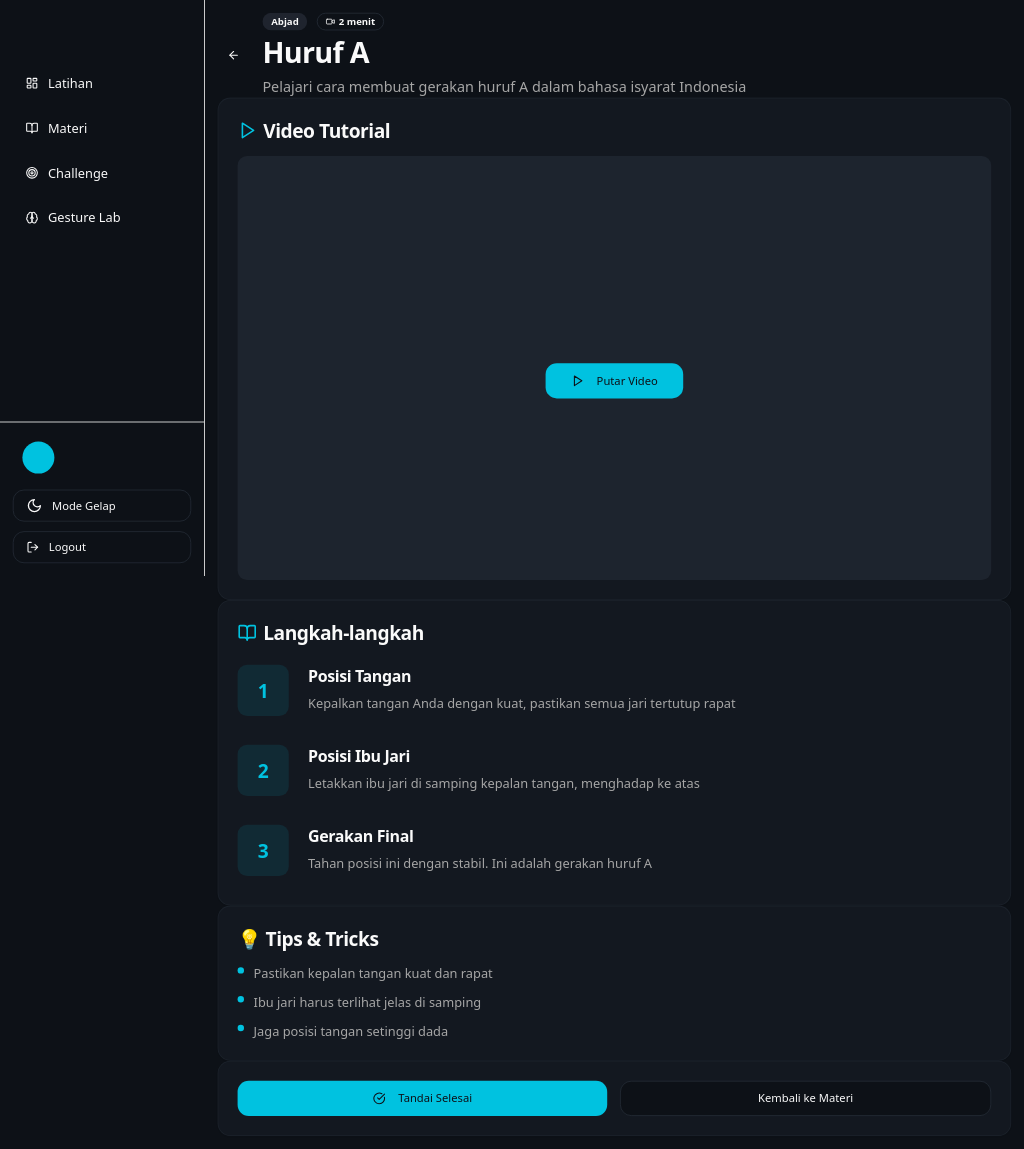
Repository: Tisna7/GESTURA
Page: http://localhost/materi-isi
These files come from the project's save history. The page is drawn as it stood at one moment and after a run of saves; the edit follows.
The browser window is 1280 px wide. The pictures show the whole page, at 80% of full size.
The page is served by the project's Laravel application, run on PHP 8.4 with Laravel 12. A made-up administrator, Test User (test@example.com), is signed in. Other server files are loaded and not shown. Style sheets and scripts are compiled from the project's sources, by tool versions that may differ from the author's.

Above is the page before, as saved 2025-11-23 20:46:08.

### app/Providers/AppServiceProvider.php
<?php

namespace App\Providers;

use Illuminate\Support\ServiceProvider;

class AppServiceProvider extends ServiceProvider
{
    /**
     * Register any application services.
     */
    public function register(): void
    {

    }

    /**
     * Bootstrap any application services.
     */
    public function boot(): void
    {

    }
}

### routes/web.php
<?php

use Illuminate\Support\Facades\Route;
use App\Http\Controllers\AuthController;
use App\Http\Controllers\ProfileController;

Route::get('/', function () {
    return view('landingpage');
});

Route::get('/auth', [AuthController::class, 'showPage'])->name('auth.page');

// Route::post('/register', [AuthController::class, 'register'])->name('register');

// Route::post('/login', [AuthController::class, 'login'])->name('login');
// Route::post('/logout', [AuthController::class, 'logout'])->name('logout');


// REGISTER
Route::post('/register', [AuthController::class, 'register'])->name('auth.register');

// LOGIN
Route::post('/login', [AuthController::class, 'login'])->name('auth.login');

// LOGIN GUEST
Route::get('/login/guest', [AuthController::class, 'loginGuest'])->name('auth.guest');

// LOGOUT
Route::get('/logout', [AuthController::class, 'logout'])->name('auth.logout');


Route::get('/profile/edit', [ProfileController::class, 'edit'])->name('profile.edit');
Route::put('/profile/update', [ProfileController::class, 'update'])->name('profile.update');


Route::get('/profile', function () {
    return view('user.profile');
});
Route::get('/materi', function () {
    return view('user.materi');
});
Route::get('/gesturelab', function () {
    return view('user.gesture-lab-practice');
});
Route::get('/gesture-lab-translate', function () {
    return view('user.gesture-lab-translate');
});
Route::get('/materi-isi', function () {
    return view('user.materi-isi');
});
Route::get('/latihan', function () {
    return view('user.quiz');
});
Route::get('/latihan-isi', function () {
    return view('user.quiz-isi');
});
Route::get('/Challenge', function () {
    return view('user.challenge');
});
Route::get('/Challenge-isi', function () {
    return view('user.challenge-isi');
});

### resources/views/user/materi-isi.blade.php
@extends('app')
@section('title', 'Dashboard')

@section('content')
        <x-sidebar-user></x-sidebar-user>
<main class="lg:ml-64 min-h-screen pt-16 lg:pt-0">
    <div class="p-4 md:p-8">
        <div class="flex items-center gap-4"><button
                class="inline-flex items-center justify-center gap-2 whitespace-nowrap rounded-md text-sm font-medium ring-offset-background transition-colors focus-visible:outline-none focus-visible:ring-2 focus-visible:ring-ring focus-visible:ring-offset-2 disabled:pointer-events-none disabled:opacity-50 [&amp;_svg]:pointer-events-none [&amp;_svg]:size-4 [&amp;_svg]:shrink-0 hover:bg-accent hover:text-accent-foreground h-10 w-10"><svg
                    xmlns="http://www.w3.org/2000/svg" width="24" height="24" viewBox="0 0 24 24" fill="none"
                    stroke="currentColor" stroke-width="2" stroke-linecap="round" stroke-linejoin="round"
                    class="lucide lucide-arrow-left h-5 w-5">
                    <path d="m12 19-7-7 7-7"></path>
                    <path d="M19 12H5"></path>
                </svg></button>
            <div class="flex-1">
                <div class="flex items-center gap-3 mb-2">
                    <div
                        class="inline-flex items-center rounded-full border px-2.5 py-0.5 text-xs font-semibold transition-colors focus:outline-none focus:ring-2 focus:ring-ring focus:ring-offset-2 border-transparent bg-secondary text-secondary-foreground hover:bg-secondary/80">
                        Abjad</div>
                    <div
                        class="inline-flex items-center rounded-full border px-2.5 py-0.5 text-xs font-semibold transition-colors focus:outline-none focus:ring-2 focus:ring-ring focus:ring-offset-2 text-foreground gap-1">
                        <svg xmlns="http://www.w3.org/2000/svg" width="24" height="24" viewBox="0 0 24 24"
                            fill="none" stroke="currentColor" stroke-width="2" stroke-linecap="round"
                            stroke-linejoin="round" class="lucide lucide-video h-3 w-3">
                            <path d="m16 13 5.223 3.482a.5.5 0 0 0 .777-.416V7.87a.5.5 0 0 0-.752-.432L16 10.5"></path>
                            <rect x="2" y="6" width="14" height="12" rx="2"></rect>
                        </svg>2 menit</div>
                </div>
                <h1 class="text-4xl font-bold mb-2">Huruf A</h1>
                <p class="text-muted-foreground text-lg">Pelajari cara membuat gerakan huruf A dalam bahasa isyarat
                    Indonesia</p>
            </div>
        </div>
        <div class="rounded-lg border text-card-foreground shadow-sm p-6 bg-card border-border/50">
            <div class="space-y-4">
                <h2 class="text-2xl font-bold flex items-center gap-2"><svg xmlns="http://www.w3.org/2000/svg"
                        width="24" height="24" viewBox="0 0 24 24" fill="none" stroke="currentColor"
                        stroke-width="2" stroke-linecap="round" stroke-linejoin="round"
                        class="lucide lucide-play h-6 w-6 text-primary">
                        <polygon points="6 3 20 12 6 21 6 3"></polygon>
                    </svg>Video Tutorial</h2>
                <div
                    class="bg-muted/50 rounded-xl aspect-video flex items-center justify-center relative overflow-hidden">
                    <div class="text-center space-y-4">
                        <div class="text-8xl"></div><button
                            class="inline-flex items-center justify-center gap-2 whitespace-nowrap text-sm font-medium ring-offset-background transition-colors focus-visible:outline-none focus-visible:ring-2 focus-visible:ring-ring focus-visible:ring-offset-2 disabled:pointer-events-none disabled:opacity-50 [&amp;_svg]:pointer-events-none [&amp;_svg]:size-4 [&amp;_svg]:shrink-0 bg-primary text-primary-foreground hover:bg-primary/90 h-11 rounded-md px-8 hover-glow"><svg
                                xmlns="http://www.w3.org/2000/svg" width="24" height="24" viewBox="0 0 24 24"
                                fill="none" stroke="currentColor" stroke-width="2" stroke-linecap="round"
                                stroke-linejoin="round" class="lucide lucide-play h-5 w-5 mr-2">
                                <polygon points="6 3 20 12 6 21 6 3"></polygon>
                            </svg>Putar Video</button>
                    </div>
                </div>
            </div>
        </div>
        <div class="rounded-lg border text-card-foreground shadow-sm p-6 bg-card border-border/50">
            <h2 class="text-2xl font-bold mb-6 flex items-center gap-2"><svg xmlns="http://www.w3.org/2000/svg"
                    width="24" height="24" viewBox="0 0 24 24" fill="none" stroke="currentColor"
                    stroke-width="2" stroke-linecap="round" stroke-linejoin="round"
                    class="lucide lucide-book-open h-6 w-6 text-primary">
                    <path d="M12 7v14"></path>
                    <path
                        d="M3 18a1 1 0 0 1-1-1V4a1 1 0 0 1 1-1h5a4 4 0 0 1 4 4 4 4 0 0 1 4-4h5a1 1 0 0 1 1 1v13a1 1 0 0 1-1 1h-6a3 3 0 0 0-3 3 3 3 0 0 0-3-3z">
                    </path>
                </svg>Langkah-langkah</h2>
            <div class="space-y-6">
                <div class="flex gap-6">
                    <div class="flex-shrink-0">
                        <div class="w-16 h-16 rounded-xl bg-primary/10 flex items-center justify-center"><span
                                class="text-2xl font-bold text-primary">1</span></div>
                    </div>
                    <div class="flex-1">
                        <h3 class="text-xl font-semibold mb-2">Posisi Tangan</h3>
                        <p class="text-muted-foreground mb-4">Kepalkan tangan Anda dengan kuat, pastikan semua jari
                            tertutup rapat</p>
                        {{-- <div class="bg-muted/50 rounded-xl p-8 flex items-center justify-center">
                            <div class="text-6xl">👊</div>
                        </div> --}}
                    </div>
                </div>
                <div class="flex gap-6">
                    <div class="flex-shrink-0">
                        <div class="w-16 h-16 rounded-xl bg-primary/10 flex items-center justify-center"><span
                                class="text-2xl font-bold text-primary">2</span></div>
                    </div>
                    <div class="flex-1">
                        <h3 class="text-xl font-semibold mb-2">Posisi Ibu Jari</h3>
                        <p class="text-muted-foreground mb-4">Letakkan ibu jari di samping kepalan tangan, menghadap ke
                            atas</p>
                        {{-- <div class="bg-muted/50 rounded-xl p-8 flex items-center justify-center">
                            <div class="text-6xl">👍</div>
                        </div> --}}
                    </div>
                </div>
                <div class="flex gap-6">
                    <div class="flex-shrink-0">
                        <div class="w-16 h-16 rounded-xl bg-primary/10 flex items-center justify-center"><span
                                class="text-2xl font-bold text-primary">3</span></div>
                    </div>
                    <div class="flex-1">
                        <h3 class="text-xl font-semibold mb-2">Gerakan Final</h3>
                        <p class="text-muted-foreground mb-4">Tahan posisi ini dengan stabil. Ini adalah gerakan huruf A
                        </p>
                        {{-- <div class="bg-muted/50 rounded-xl p-8 flex items-center justify-center">
                            <div class="text-6xl">✊</div>
                        </div> --}}
                    </div>
                </div>
            </div>
        </div>
        <div class="rounded-lg border text-card-foreground shadow-sm p-6 bg-card border-border/50">
            <h2 class="text-2xl font-bold mb-4">💡 Tips &amp; Tricks</h2>
            <ul class="space-y-3">
                <li class="flex items-start gap-3">
                    <div class="mt-1 h-2 w-2 rounded-full bg-primary flex-shrink-0"></div><span
                        class="text-muted-foreground">Pastikan kepalan tangan kuat dan rapat</span>
                </li>
                <li class="flex items-start gap-3">
                    <div class="mt-1 h-2 w-2 rounded-full bg-primary flex-shrink-0"></div><span
                        class="text-muted-foreground">Ibu jari harus terlihat jelas di samping</span>
                </li>
                <li class="flex items-start gap-3">
                    <div class="mt-1 h-2 w-2 rounded-full bg-primary flex-shrink-0"></div><span
                        class="text-muted-foreground">Jaga posisi tangan setinggi dada</span>
                </li>
            </ul>
        </div>
        <div class="rounded-lg border text-card-foreground shadow-sm p-6 bg-card border-border/50">
            <div class="flex flex-col md:flex-row gap-4"><button
                    class="inline-flex items-center justify-center gap-2 whitespace-nowrap text-sm font-medium ring-offset-background transition-colors focus-visible:outline-none focus-visible:ring-2 focus-visible:ring-ring focus-visible:ring-offset-2 disabled:pointer-events-none disabled:opacity-50 [&amp;_svg]:pointer-events-none [&amp;_svg]:size-4 [&amp;_svg]:shrink-0 bg-primary text-primary-foreground hover:bg-primary/90 h-11 rounded-md px-8 flex-1 hover-glow"><svg
                        xmlns="http://www.w3.org/2000/svg" width="24" height="24" viewBox="0 0 24 24"
                        fill="none" stroke="currentColor" stroke-width="2" stroke-linecap="round"
                        stroke-linejoin="round" class="lucide lucide-circle-check-big h-5 w-5 mr-2">
                        <path d="M21.801 10A10 10 0 1 1 17 3.335"></path>
                        <path d="m9 11 3 3L22 4"></path>
                    </svg>Tandai Selesai</button><button
                    class="inline-flex items-center justify-center gap-2 whitespace-nowrap text-sm font-medium ring-offset-background transition-colors focus-visible:outline-none focus-visible:ring-2 focus-visible:ring-ring focus-visible:ring-offset-2 disabled:pointer-events-none disabled:opacity-50 [&amp;_svg]:pointer-events-none [&amp;_svg]:size-4 [&amp;_svg]:shrink-0 border border-input bg-background hover:bg-accent hover:text-accent-foreground h-11 rounded-md px-8 flex-1">Kembali
                    ke Materi</button></div>
        </div>
    </div>
</main>
@endsection

### resources/views/app.blade.php
<!DOCTYPE html>
<html lang="id">
<head>
  <meta charset="UTF-8">
  <meta name="viewport" content="width=device-width, initial-scale=1.0">
  <meta name="csrf-token" content="{{ csrf_token() }}">
  <link rel="icon" type="image/png" href="{{ asset('images/logo.png') }}">
  <title>@yield('title', 'GESTURA')</title>

  <!-- Tailwind CSS -->
  {{-- @vite('public/build/app-Lz3KVd0D.css') --}}
  {{-- <!-- @vite('resources/css/app.css') --> --}}
   {{-- <!-- @vite('public/build/assets/app-TBPMHXQo.css') --> --}}

  @vite(['resources/css/app.css', 'resources/css/theme.css'])

  <script defer src="https://cdn.jsdelivr.net/npm/alpinejs@3.x.x/dist/cdn.min.js"></script>

</head>
<body>
  @yield('content')
</body>
</html>

### resources/css/app.css
@import 'tailwindcss';
@import "./theme.css";

@source '../../vendor/laravel/framework/src/Illuminate/Pagination/resources/views/*.blade.php';
@source '../../storage/framework/views/*.php';
@source '../**/*.blade.php';
@source '../**/*.js';

@theme {
    --font-sans: 'Instrument Sans', ui-sans-serif, system-ui, sans-serif, 'Apple Color Emoji', 'Segoe UI Emoji',
        'Segoe UI Symbol', 'Noto Color Emoji';

    --color-background: #ffabcc;
}

Loaded but not shown: app/Models/User.php (common file); resources/css/theme.css (library); resources/views/components/sidebar-user.blade.php (207 lines, source omitted)

After the next 5 saves:
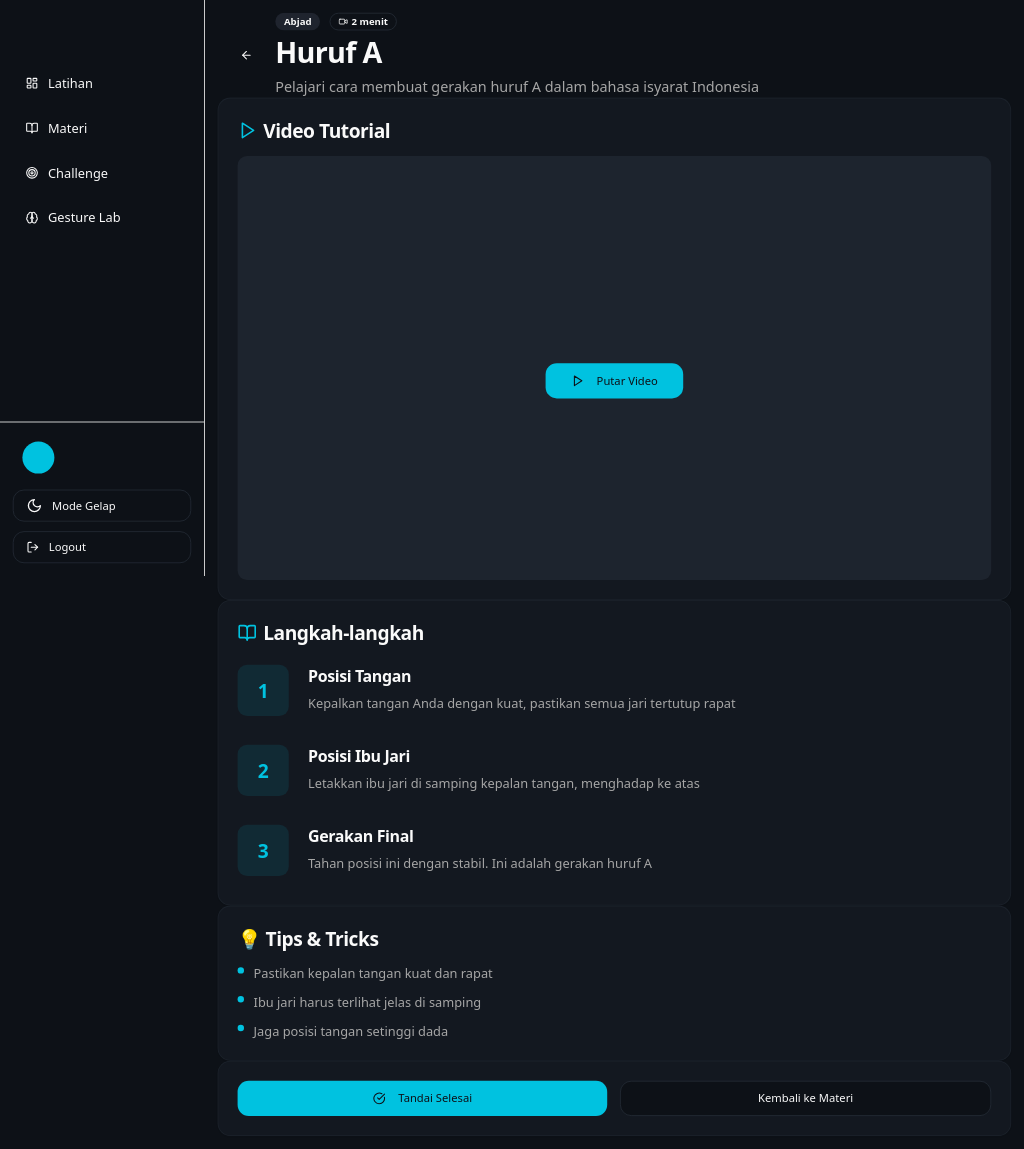
The 5 saves are shown as one change because they came seconds apart.
The last was saved 2 min 32 s later.
--- a/resources/views/user/materi-isi.blade.php
+++ b/resources/views/user/materi-isi.blade.php
@@ -5,7 +5,7 @@
         <x-sidebar-user></x-sidebar-user>
 <main class="lg:ml-64 min-h-screen pt-16 lg:pt-0">
     <div class="p-4 md:p-8">
-        <div class="flex items-center gap-4"><button
+        <div class="flex items-center gap-4"><a href="/materi"></a><button
                 class="inline-flex items-center justify-center gap-2 whitespace-nowrap rounded-md text-sm font-medium ring-offset-background transition-colors focus-visible:outline-none focus-visible:ring-2 focus-visible:ring-ring focus-visible:ring-offset-2 disabled:pointer-events-none disabled:opacity-50 [&amp;_svg]:pointer-events-none [&amp;_svg]:size-4 [&amp;_svg]:shrink-0 hover:bg-accent hover:text-accent-foreground h-10 w-10"><svg
                     xmlns="http://www.w3.org/2000/svg" width="24" height="24" viewBox="0 0 24 24" fill="none"
                     stroke="currentColor" stroke-width="2" stroke-linecap="round" stroke-linejoin="round"

After the save that followed:
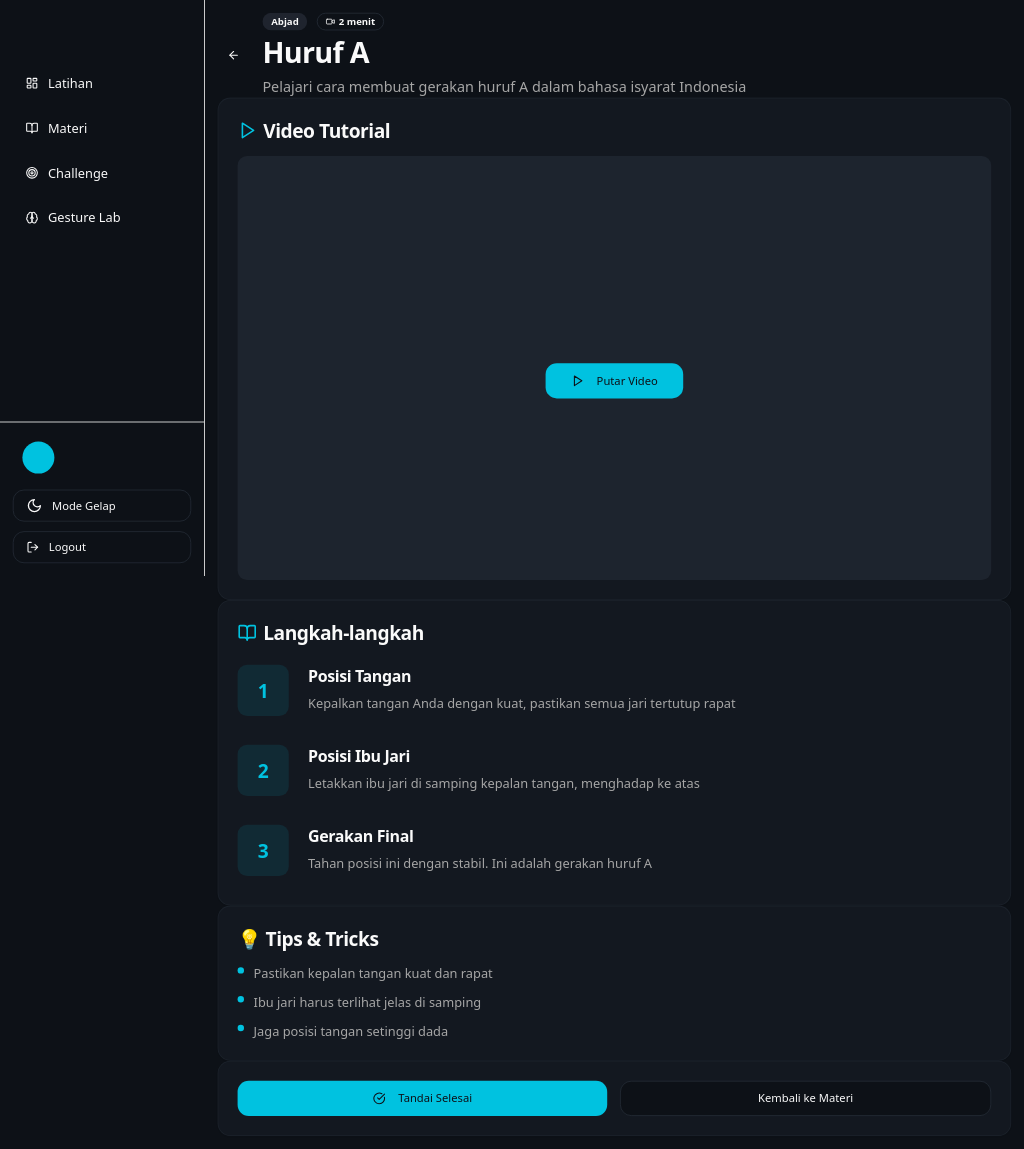
Saved 6 s later.
--- a/resources/views/user/materi-isi.blade.php
+++ b/resources/views/user/materi-isi.blade.php
@@ -5,14 +5,14 @@
         <x-sidebar-user></x-sidebar-user>
 <main class="lg:ml-64 min-h-screen pt-16 lg:pt-0">
     <div class="p-4 md:p-8">
-        <div class="flex items-center gap-4"><a href="/materi"></a><button
+        <div class="flex items-center gap-4"><a href="/materi"><button
                 class="inline-flex items-center justify-center gap-2 whitespace-nowrap rounded-md text-sm font-medium ring-offset-background transition-colors focus-visible:outline-none focus-visible:ring-2 focus-visible:ring-ring focus-visible:ring-offset-2 disabled:pointer-events-none disabled:opacity-50 [&amp;_svg]:pointer-events-none [&amp;_svg]:size-4 [&amp;_svg]:shrink-0 hover:bg-accent hover:text-accent-foreground h-10 w-10"><svg
                     xmlns="http://www.w3.org/2000/svg" width="24" height="24" viewBox="0 0 24 24" fill="none"
                     stroke="currentColor" stroke-width="2" stroke-linecap="round" stroke-linejoin="round"
                     class="lucide lucide-arrow-left h-5 w-5">
                     <path d="m12 19-7-7 7-7"></path>
                     <path d="M19 12H5"></path>
-                </svg></button>
+                </svg></button></a>
             <div class="flex-1">
                 <div class="flex items-center gap-3 mb-2">
                     <div
